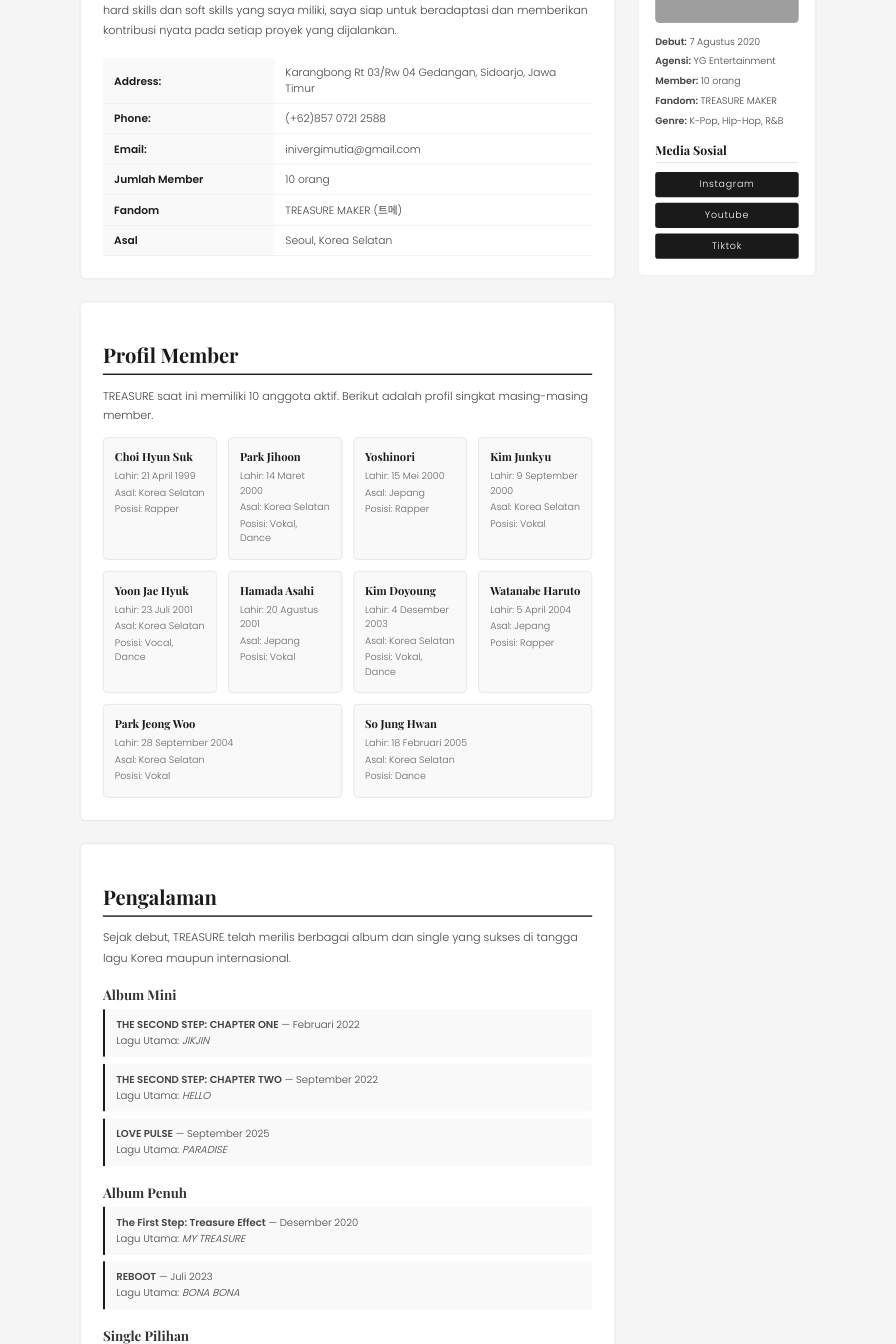
Repository: VergiMutiaRahmasyani/Website-Portofolio
Page: index.html
These files come from the project's save history. The page is drawn as it stood at one moment and after the next save; the edit follows.
The browser window is 1280 px wide. The pictures show the part of the page from y = 744 to 2664 px (the page is 3114 px tall before and 2984 px after), at 70% of full size.
Pictures or frames that could not be fetched are drawn as grey boxes.

Above is the page before, as saved 2026-03-06 23:37:05.

After the next save:
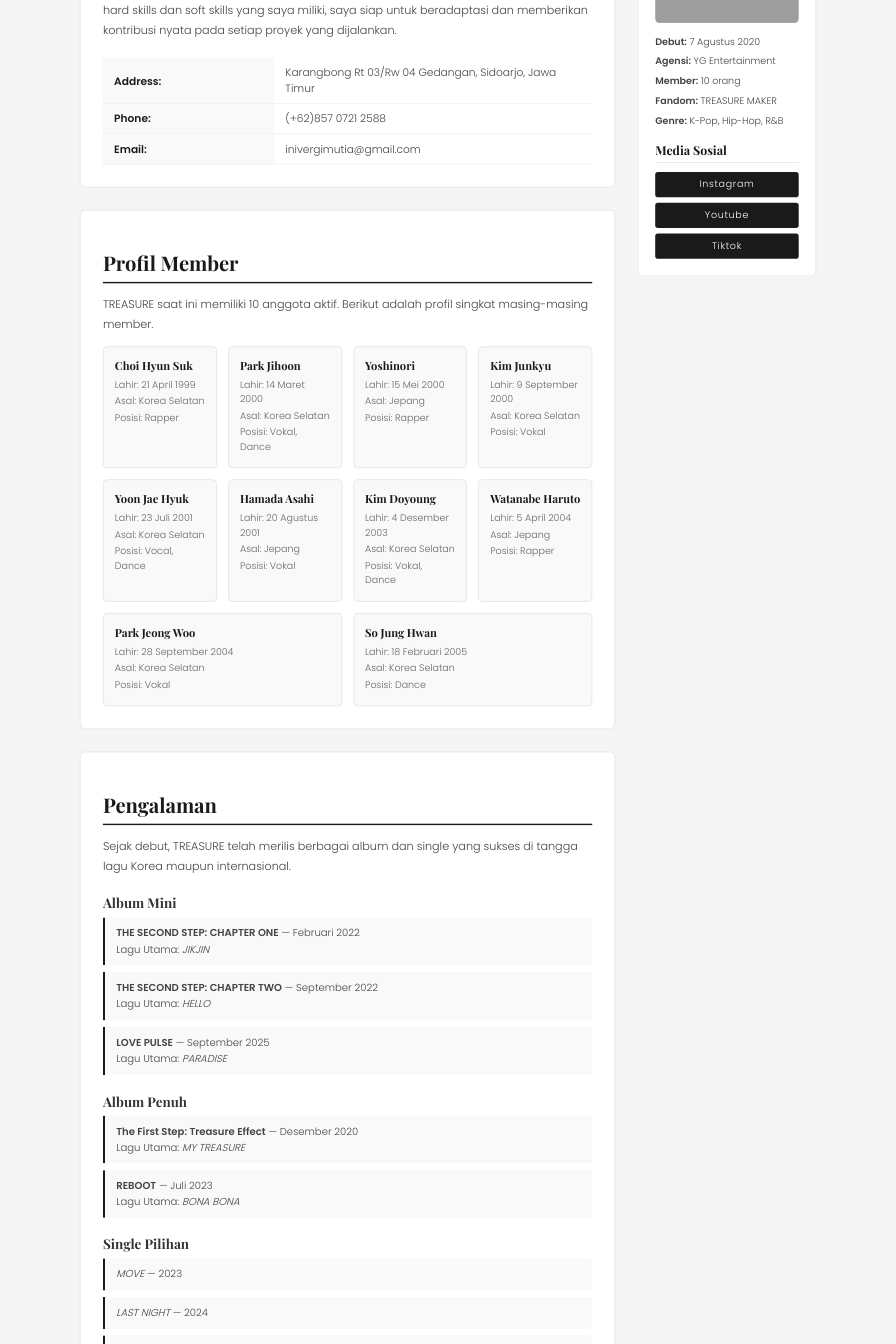
Saved 2 min 13 s later.
--- a/index.html
+++ b/index.html
@@ -67,18 +67,7 @@
                                 <th>Email: </th>
                                 <td>inivergimutia@gmail.com</td>
                             </tr>
-                            <tr>
-                                <th>Jumlah Member</th>
-                                <td>10 orang</td>
-                            </tr>
-                            <tr>
-                                <th>Fandom</th>
-                                <td>TREASURE MAKER (트메)</td>
-                            </tr>
-                            <tr>
-                                <th>Asal</th>
-                                <td>Seoul, Korea Selatan</td>
-                            </tr>
+
                         </table>
                     </article>
 
